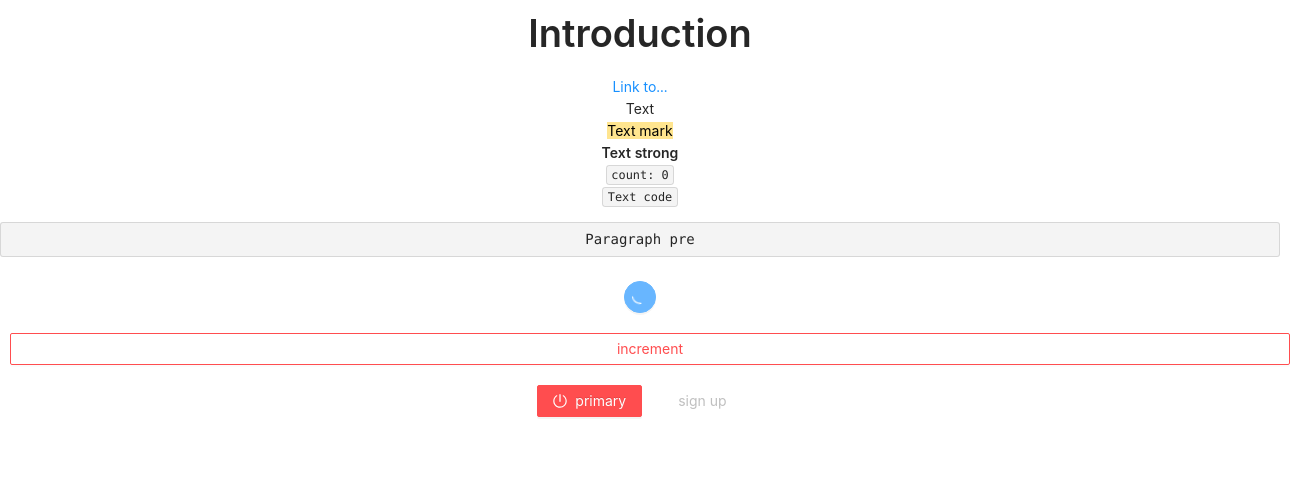
Repository: ErosHai/antd-demo
Page: /
The author's editor kept a copy of each file at every save. The page is drawn from the files as they stood at one save, then again after the next save.
The browser window is 1280 px wide. The page is 1300 px wide, so the pictures cover 1300 px, including what lies to the right of the window. The pictures show the whole page.
The project was rebuilt for these pictures with package versions that can differ from the ones it lists, and the page was loaded fresh each time.

Above is the page before, as saved 2022-04-12 15:28:05.

After the next save:
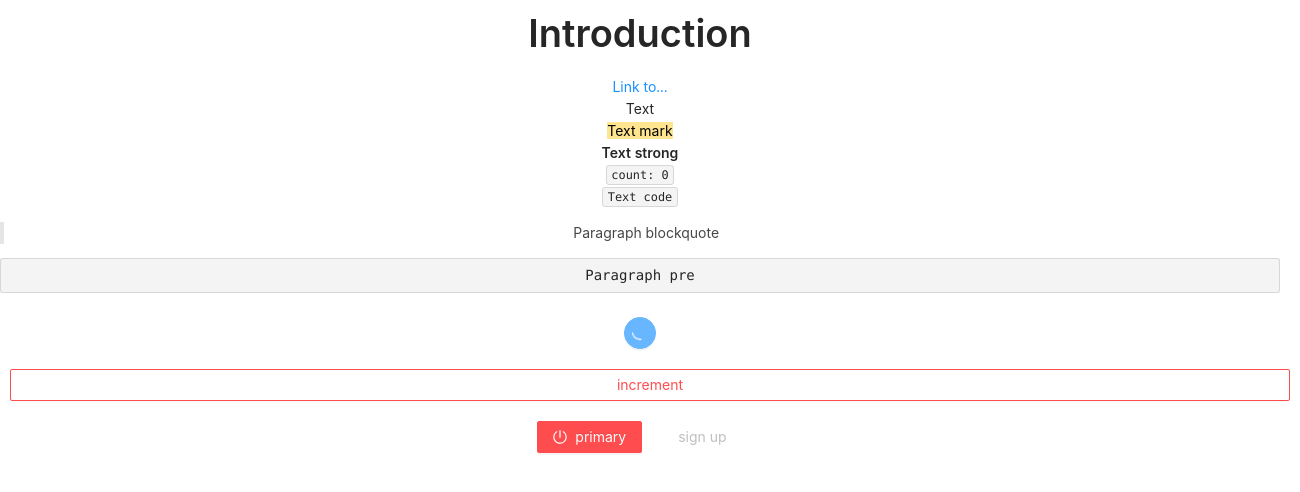
Saved 11 s later.
--- a/src/App.js
+++ b/src/App.js
@@ -19,7 +19,7 @@ function App() {
 			<Text code> {`count: ${count}`} </Text>
 			<Text code>Text code</Text>
 			<Paragraph>
-				<blockquote></blockquote>
+				<blockquote>Paragraph blockquote</blockquote>
 				<pre>Paragraph pre</pre>
 			</Paragraph>
 
